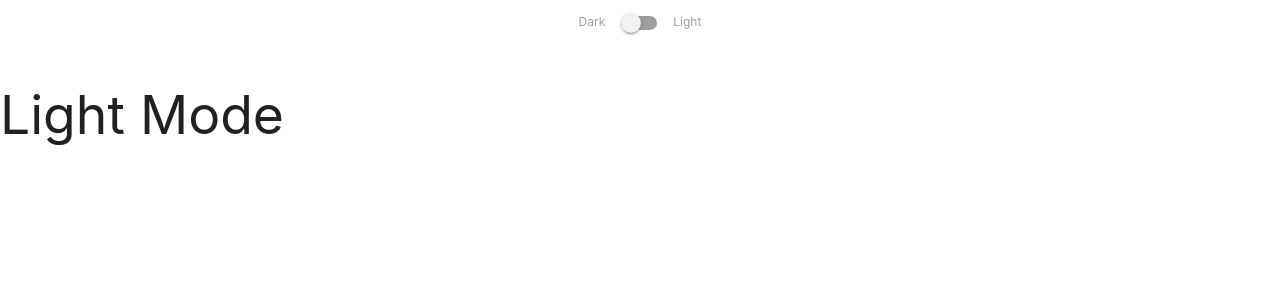
Repository: imrvj/Dark-Light-Mode
Page: /
An editor plug-in stored every save of this project. The page is shown before and after the next save, followed by the edit.
The browser window is 1280 px wide. The pictures show the whole page.
The project was rebuilt for these pictures with package versions that can differ from the ones it lists, and the page was loaded fresh each time.

Above is the page before, as saved 2020-02-20 12:55:48.

After the next save:
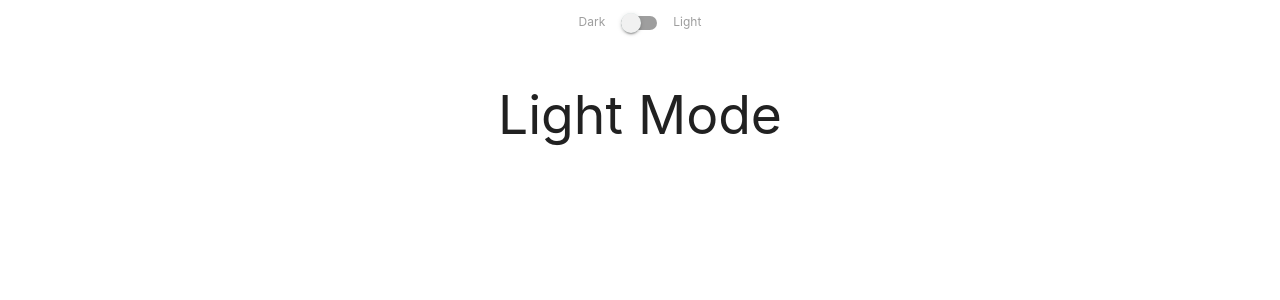
Saved 31 s later.
--- a/src/App.css
+++ b/src/App.css
@@ -8,3 +8,8 @@
  color: white;
 
 }
+
+.content
+{
+  text-align: center;
+}
